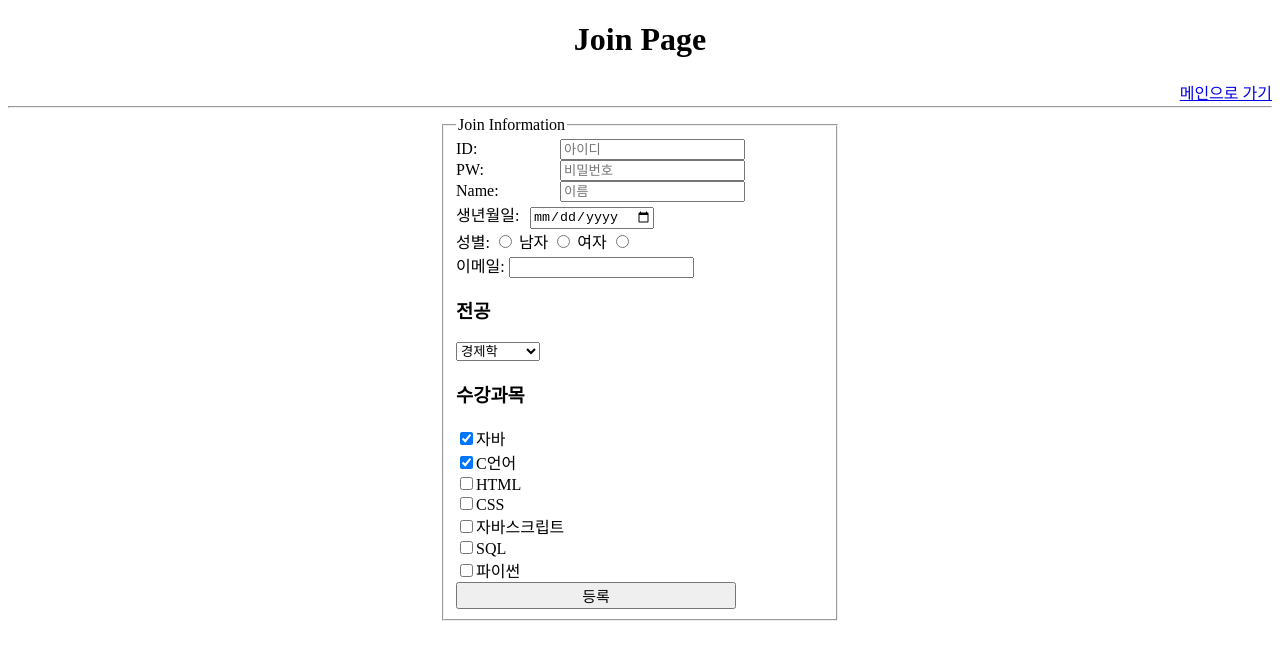
Repository: ByeonYJ/CSSTest
Page: GMSUI/WebContent/member/join.html
These files come from the project's save history. The page is drawn as it stood at one moment and after the next save; the edit follows.
The browser window is 1280 px wide. The pictures show the whole page.

Above is the page before, as saved 2017-07-20 03:31:28.

### GMSUI/WebContent/member/join.html
<!DOCTYPE html>
<html>
<head>
<meta charset="UTF-8">
<title>Insert title here</title>
<style>
.text-center{text-align: center;}
.border-black{border: 1px solid black;}
.width-30pro{width:30%}
.text-deco-none{text-decoration: none;}
.table-border{border-collapse: collapse;}
.margin-auto{margin:0 auto;}
.list-none{list-style-type:none;}
.inline-block{display:inline-block}
.bgcolor-yellow{background-color:yellow;}
.bgcolor-red{background-color:red;}
.bgcolor-blue{background-color:blue;}
.float-right{float:right}
</style>
</head>
<body>
<div id="wrapper" class="width-100pro">
<h1 style="text-align: center;">Join Page</h1>
<a href="..index.html"class="float-right">메인으로 가기</a><br/>
<hr/>
</div>
<div id="container" class="margin-auto" style="width: 400px">
	<form id="join_form "action="">
		<fieldset>
		<legend>Join Information</legend>
			<span style="width: 100px; display: inline-block;">ID: </span>
			<input name="id" type="text" placeholder="아이디" /><br />
			<span style="width: 100px; display: inline-block;">PW: </span>
			<input name="password" type="password" placeholder="비밀번호"/><br />
			<span style="width: 100px; display: inline-block;">Name: </span>
			<input name="name" type="text" placeholder="이름"/><br />
			<span style="width: 70px; display: inline-block;">생년월일: </span>
			<input name="birthday" type="date" placeholder="생년월일"/><br />
			성별: <input type="radio" name="gender" value="male"/> 남자
			<input type="radio" name="gender" value="female"/> 여자
			<input type="radio" name="gender" value="female"/>
			<br />
			이메일: <input type="email" name="email"/>
			<h3>전공</h3>
			<select name=major"" id="">
				<option value="computer" >컴퓨터공학</option>
				<option value="economics" selected="selected">경제학</option>
				<option value="tourism">관광학</option>
				<option value="art">미술학</option>
			</select><br />
			<h3>수강과목</h3>
			<input type="checkbox" name="subject" value="java" checked/>자바<br />
			<input type="checkbox" name="subject" value="c" checked/>C언어<br />
			<input type="checkbox" name="subject" value="html"/>HTML<br />
			<input type="checkbox" name="subject" value="css"/>CSS<br />
			<input type="checkbox" name="subject" value="javascript"/>자바스크립트<br />
			<input type="checkbox" name="subject" value="sql"/>SQL<br />
			<input type="checkbox" name="subject" value="python"/>파이썬<br />
			<input type="submit" value="등록" style="bgcolor-blue color: white; font-size: 15px; width: 280px;/>
			<input type="reset" value="취소" style="bgcolor-red color: white; font-size: 15px; width: 280px;"/>
		</fieldset>
	</form>
</div>
</div>
</body>
</html>

After the next save:
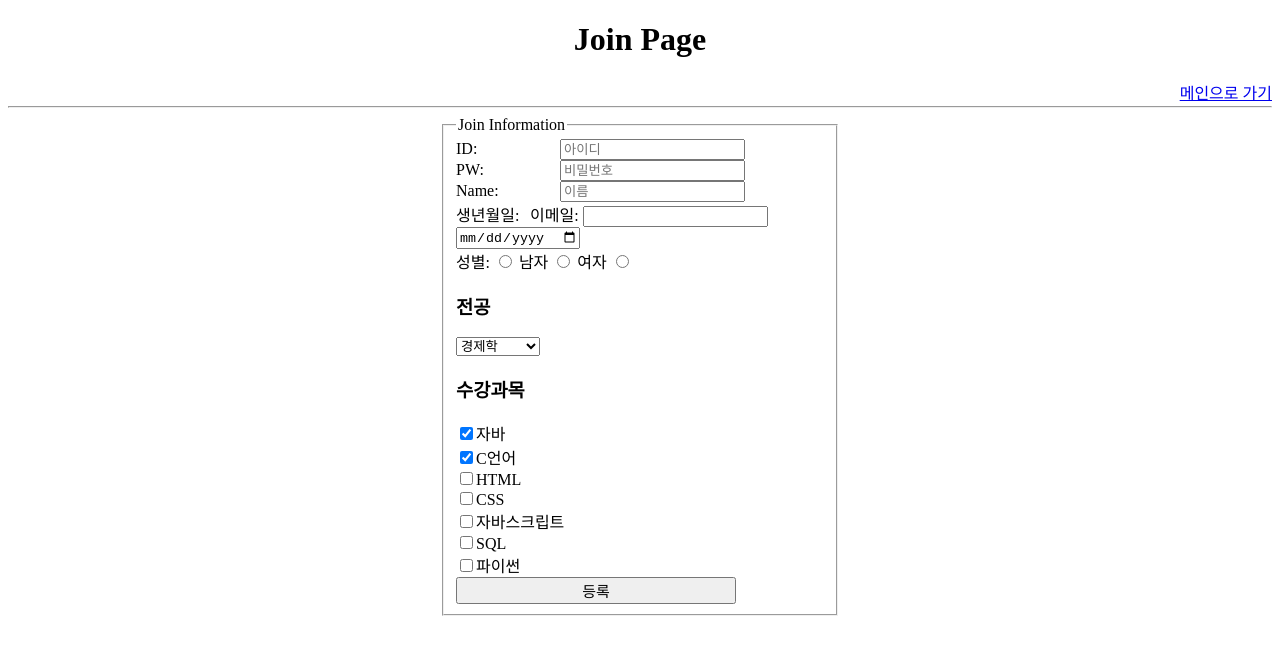
Saved 48 s later.
--- a/GMSUI/WebContent/member/join.html
+++ b/GMSUI/WebContent/member/join.html
@@ -35,12 +35,12 @@
 			<span style="width: 100px; display: inline-block;">Name: </span>
 			<input name="name" type="text" placeholder="이름"/><br />
 			<span style="width: 70px; display: inline-block;">생년월일: </span>
+			이메일: <input type="email" name="email"/>
 			<input name="birthday" type="date" placeholder="생년월일"/><br />
 			성별: <input type="radio" name="gender" value="male"/> 남자
 			<input type="radio" name="gender" value="female"/> 여자
 			<input type="radio" name="gender" value="female"/>
 			<br />
-			이메일: <input type="email" name="email"/>
 			<h3>전공</h3>
 			<select name=major"" id="">
 				<option value="computer" >컴퓨터공학</option>
